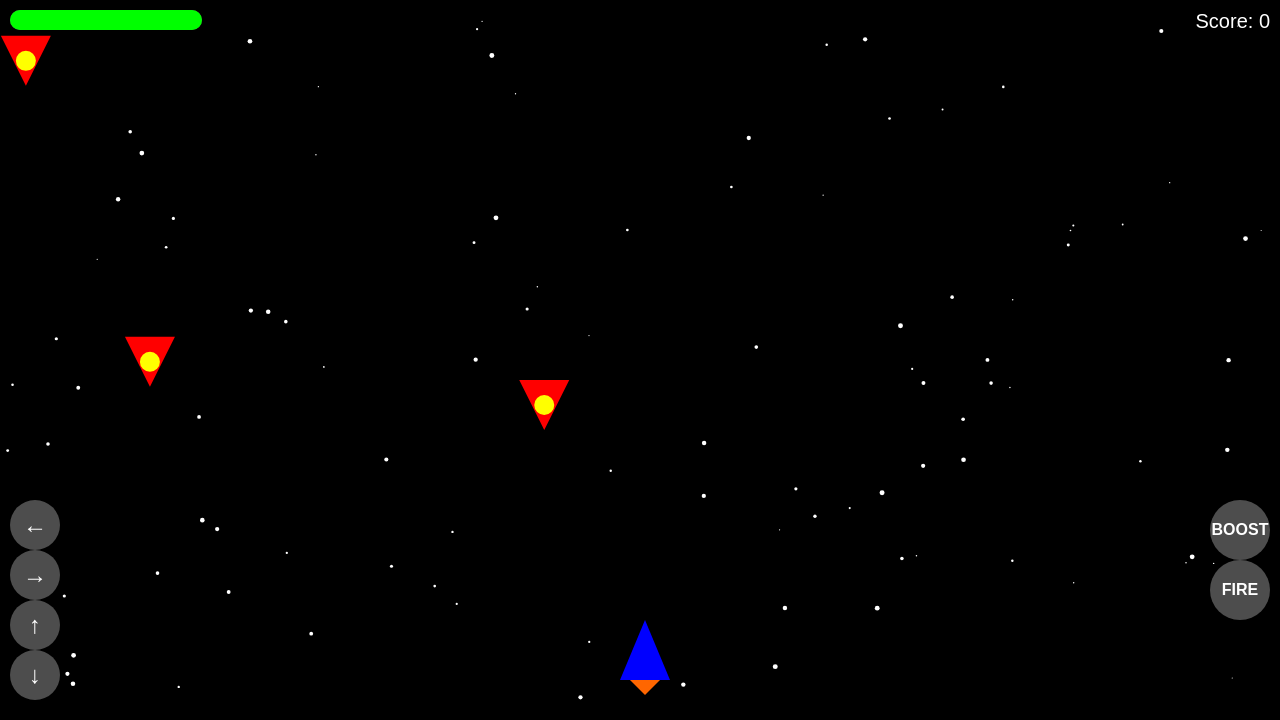
Repository: BiranOrundas/space-shooter
Page: space-shooter.html
An editor plug-in stored every save of this project. The page is shown before and after the next save, followed by the edit.
The browser window is 1280 px wide. The pictures show the whole page.

Above is the page before, as saved 2025-03-13 15:37:56.

After the next save:
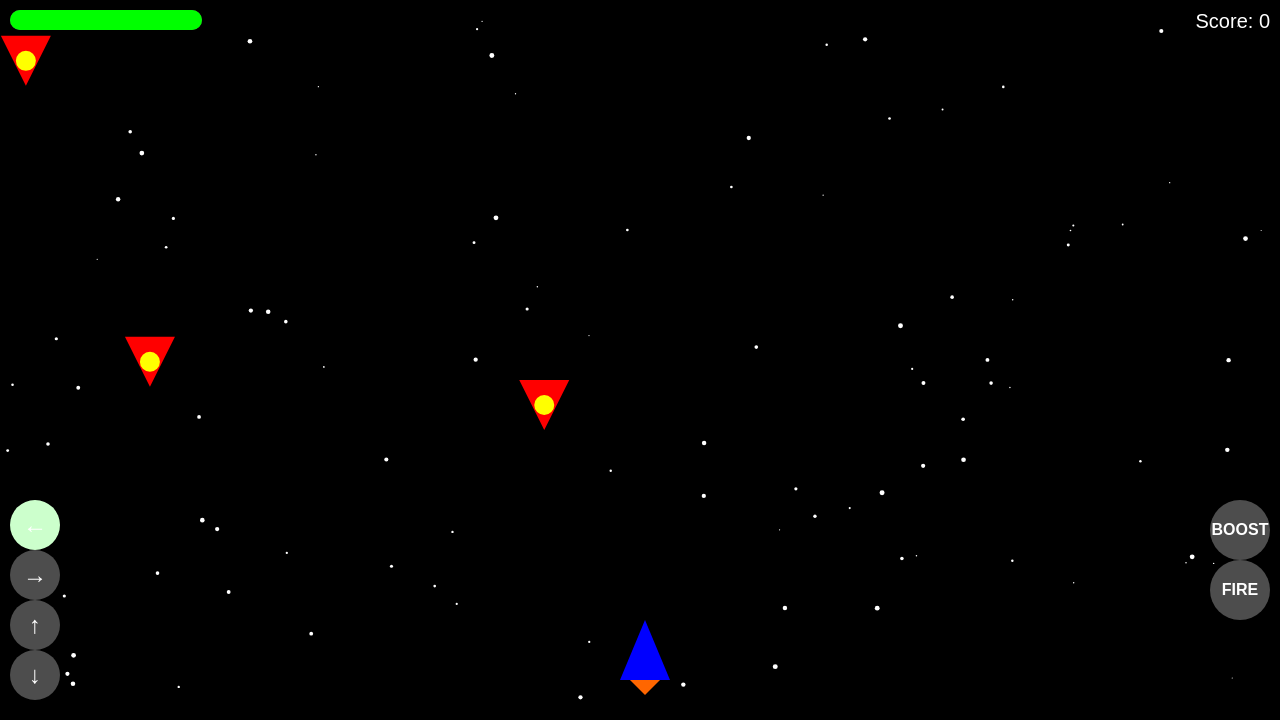
Saved 15 s later.
--- a/space-shooter.html
+++ b/space-shooter.html
@@ -362,7 +362,7 @@ LeftDirs.forEach(btn => {
   }else{
     const LeftDirs = document.getElementsByName("leftButton");
 LeftDirs.forEach(btn => {
-    btn.style.backgroundColor = "#00000";
+    btn.style.backgroundColor = "#CCFFCC";
 });
 
   }
